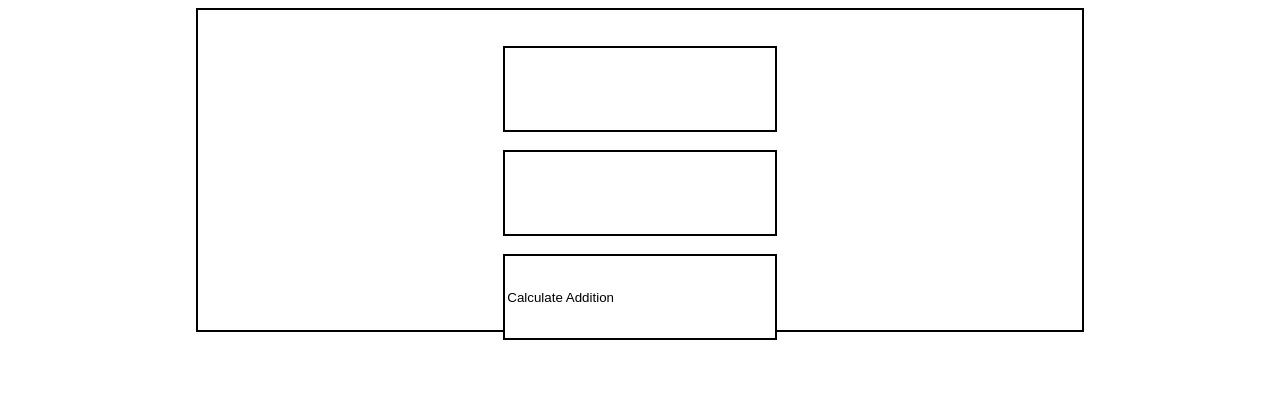
Repository: KiranNaikwadi/JSP
Page: http://localhost/Program/Add.jsp
An editor plug-in stored every save of this project. The page is shown before and after the next save, followed by the edit.
The browser window is 1280 px wide. The pictures show the whole page.
The page is served by Tomcat 9.

Above is the page before, as saved 2024-04-06 04:48:39.

### Program/src/main/webapp/Add.jsp
<%@ page language="java" contentType="text/html; charset=UTF-8"
    pageEncoding="UTF-8"%>
<!DOCTYPE html>
<html>
<head>
<meta charset="UTF-8">
<title>Insert title here</title>
<style>
input{
height:80px;
width:30%;
border: 2px solid black;
}
form{
border:2px solid black;
height:320px;
width:70%;
}
</style>
</head>
<body>
<%!
int a,b,c;
%>
<center>
<form name='frm' action='' method='get'><br><br>
<input type='text' name='first' value=''><br><br>
<input type='text' name='second' value=''><br><br>
<input type='text' name='s' value='Calculate Addition'>
</center>
</form>
<%
String btn=request.getParameter("s");
if(btn!=null){
	a=Integer.parseInt(request.getParameter("first"));
	b=Integer.parseInt(request.getParameter("second"));
	c=a+b;
	out.println("<h1>Addition is +c </h1>");

}
%>
</body>
</html>

After the next save:
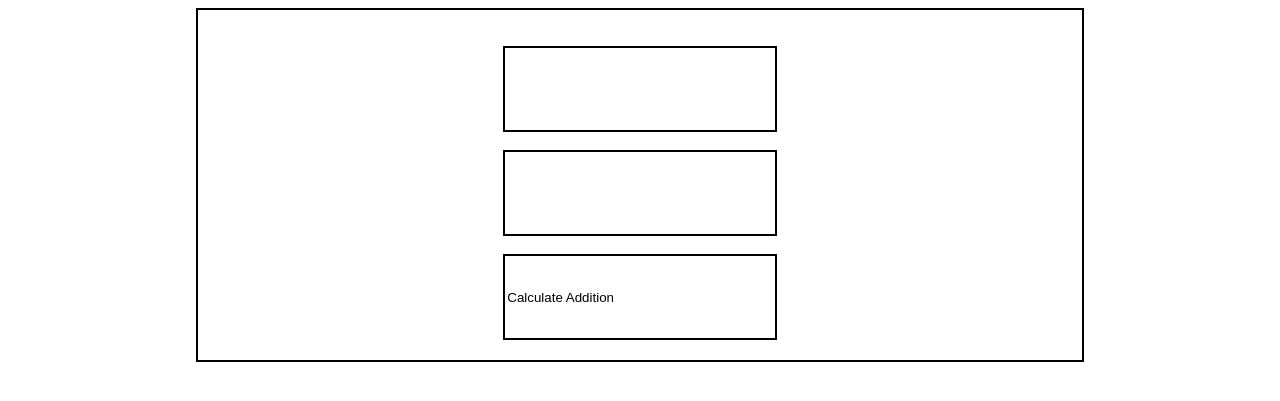
Saved 32 s later.
--- a/Program/src/main/webapp/Add.jsp
+++ b/Program/src/main/webapp/Add.jsp
@@ -13,7 +13,7 @@ border: 2px solid black;
 }
 form{
 border:2px solid black;
-height:320px;
+height:350px;
 width:70%;
 }
 </style>
